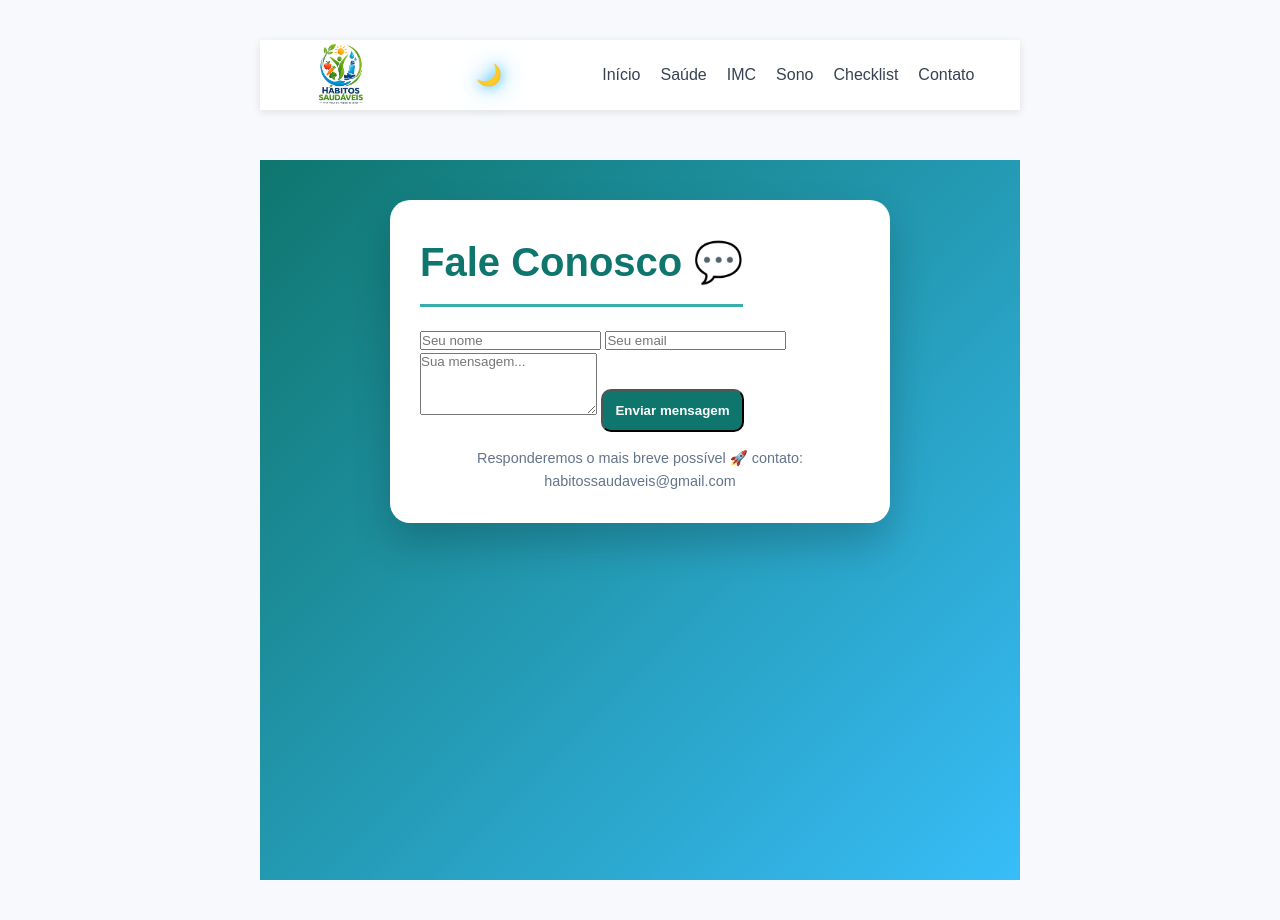
Repository: habitos2026/projetointegrador2026
Page: contato.html
The author's editor kept a copy of each file at every save. The page is drawn from the files as they stood at one save, then again after a run of saves.
The browser window is 1280 px wide. The pictures show the whole page.

Above is the page before, as saved 2026-06-10 23:11:46.

### contato.html
<!DOCTYPE html>
<html lang="pt-br">
<head>
<meta charset="UTF-8">
<meta name="viewport" content="width=device-width, initial-scale=1.0">
<title>Contato</title>

<link rel="stylesheet" href="estilos.css">

<style>

    :root {
            --cor-mente: #6a89cc;    /* Azul sereno */
            --cor-fisico: #38ada9;   /* Verde energia */
            --cor-agua: #4a69bd;     /* Azul hidratação */
            --cor-fundo: #f7f9fc;
        }

        /* Animação de Entrada */
        @keyframes fadeInUp {
            from {
                opacity: 0;
                transform: translateY(20px);
            }
            to {
                opacity: 1;
                transform: translateY(0);
            }
        }

        body {
            font-family: 'Segoe UI', Roboto, sans-serif;
            line-height: 1.6;
            background-color: var(--cor-fundo);
            color: #2f3542;
            max-width: 800px;
            margin: 0 auto;
            padding: 40px 20px;
        }

        header {
            text-align: center;
            margin-bottom: 50px;
            animation: fadeInUp 0.8s ease-out;
        }

        h1 {
            color: var(--cor-mente);
            font-size: 2.5rem;
            border-bottom: 3px solid var(--cor-fisico);
            display: inline-block;
            padding-bottom: 10px;
        }

        section {
            background: white;
            padding: 30px;
            border-radius: 15px;
            box-shadow: 0 10px 25px rgba(0,0,0,0.05);
            animation: fadeInUp 1s ease-out;
        }

        h2 {
            color: var(--cor-fisico);
            margin-top: 30px;
            display: flex;
            align-items: center;
            gap: 10px;
        }

/* ÁREA SÓ DO CONTATO */
.contato-page {
    background: linear-gradient(135deg, #0f766e, #38bdf8);
    min-height: 100vh;
    padding: 40px 10px;
}

/* CARD */
.contato-box {
    max-width: 500px;
    margin: auto;
    background: white;
    padding: 30px;
    border-radius: 20px;
    box-shadow: 0 20px 40px rgba(0,0,0,0.2);
    animation: subir 0.6s ease;
}

/* ANIMAÇÃO */
@keyframes subir {
    from {
        opacity: 0;
        transform: translateY(40px);
    }
    to {
        opacity: 1;
        transform: translateY(0);
    }
}

.contato-box h1 {
    text-align: center;
    color: #0f766e;
    margin-bottom: 20px;
}

/* FORM */
.contato-form {
    display: flex;
    flex-direction: column;
    gap: 15px;
}

.contato-form input,
.contato-form textarea {
    padding: 12px;
    border-radius: 10px;
    border: 1px solid #cbd5e1;
    outline: none;
    transition: 0.3s;
    font-size: 1rem;
}

.contato-form input:focus,
.contato-form textarea:focus {
    border-color: #0f766e;
    box-shadow: 0 0 8px rgba(15,118,110,0.3);
}

/* BOTÃO */
.contato-form button {
    padding: 12px;
    border: none;
    border-radius: 10px;
    background: #0f766e;
    color: white;
    font-weight: bold;
    cursor: pointer;
    transition: 0.3s;
}

.contato-form button:hover {
    background: #115e59;
    transform: scale(1.03);
    cursor: pointer;
}

.contato-box button{
    padding: 12px;
    margin:
    border: none;
    border-radius: 10px;
    background: #0f766e;
    color: white;
    font-weight: bold;
    cursor: pointer;
    transition: 0.3s;
}

/* TEXTO */
.info {
    text-align: center;
    margin-top: 15px;
    color: #64748b;
    font-size: 0.9rem;
}

</style>

</head>

<body>

<div id="menu"></div>

<div class="contato-page">

    <div class="contato-box">
        <h1>Fale Conosco 💬</h1>

        <form class= method="post">
            <input type="text" placeholder="Seu nome" required>
            <input type="email" placeholder="Seu email" required>
            <textarea rows="4" placeholder="Sua mensagem..." required></textarea>
            <button type="submit">Enviar mensagem</button>
        </form>

        <div class="info">
            Responderemos o mais breve possível 🚀  contato: habitossaudaveis@gmail.com
        </div>
    </div>

</div>

<script src="trabalho.js"></script>

</body>
</html>

### estilos.css
:root{
    --cinza245: rgb(245,245,245);
    --cinza220: rgb(220,220,220);
    --cinza128: rgb(128,128,128);
    --azul: rgb(0,80,120);
    --amarelo: yellow;
}

/* RESET */
*{
    margin:0;
    padding:0;
    box-sizing:border-box;
    font-family:Arial, sans-serif;
}

body{
    background:#f5f7fb;
    color:#1f2937;
}

/* HEADER */
header{
    background:white;
    height:70px;

    display:flex;
    align-items:center;
    justify-content:space-between;

    padding:0 6%;

    box-shadow:0 2px 8px rgba(0,0,0,0.1);
}

/* LOGO */
.logo{
    height:100%;
    width:auto;
}

/* MENU */
.menu{
    display:flex;
    align-items:center;
    gap:20px;
}

.menu a{
    text-decoration:none;
    color:#374151;
    transition: 0.5s;

}

.menu a:hover{
    color:#0f766e;
    text-shadow: 0 0 6px #01b3a4;
}

/* TOPO MENU MOBILE */
.topoMenu{
    display:none;
}

/* BOTÃO MENU */
.botaoMenu{
    border:none;
    background:transparent;

    display:none;
    flex-direction:column;

    gap:6px;

    cursor:pointer;
    transition:0.5s;
}

.botaoMenu div{
    width:28px;
    height:3px;

    background:black;
    transition:0.5s;
}

/* MAIN */
main{
    max-width:800px;

    margin:40px auto;

    background:white;

    padding:30px;

    border-radius:10px;
}

/* TEXTOS */
h1{
    color:#0f766e;
    margin-bottom:10px;
}

p{
    margin-bottom:15px;
}

/* BANNER */
.bannerIndexInicio{
    width:100%;
    height:300px;
    overflow:hidden;
}

.bannerIndexInicio img{
    width:100%;
    height:100%;

    object-fit:cover;
    display:block;
}

.bannerIndex{
    height:100%;

    display:flex;
    justify-content:center;

    overflow:hidden;

    aspect-ratio:16/9;
}

.bannerIndex img{
    width:70%;
    height:80%;

    object-fit:cover;
}

/* BOX ÁGUA */
.agua-box{
    background:#ecfeff;

    padding:20px;

    border-radius:15px;

    margin-bottom:20px;
}

.agua-box h2{
    color:#0f766e;
    margin-bottom:10px;
}

.agua-box input{
    width:100%;

    padding:10px;

    margin-bottom:10px;

    border-radius:8px;

    border:1px solid #ccc;
}

.agua-box button{
    width:100%;

    padding:12px;

    background:#0f766e;

    color:white;

    border:none;

    border-radius:8px;

    cursor:pointer;

    transition:0.5s;
}

.agua-box button:hover{
    background:#115e59;

    transform:scale(1.01);

    box-shadow:
    0 0 10px rgb(1, 255, 234),
    0 0 15px rgb(0, 173, 253);
}

#resultadoAgua{
    margin-top:10px;
    font-weight:bold;
}

/* LISTAS */
.listas{
    width:65%;

    display:grid;

    grid-template-columns:repeat(2, 1fr);

    gap:1rem;
}

/* IMAGENS SAÚDE */
.Saude .Imagem img{

    width:35%;

    height:auto;

    object-fit:cover;

    border-radius:15px;

    transition:0.4s;
}

.Saude .Imagem img:hover{

    transform:scale(1.05);

    box-shadow:
    0 0 10px cyan,
    0 0 20px cyan,
    0 0 40px cyan;
}

.imc-box{
    background:#0f766e;

    padding:20px;

    border-radius:20px;

    margin-top:3rem;


}

.imc-box input{
    width:100%;

    padding:10px;

    margin-bottom:10px;

    border-radius:8px;

    border:1px solid #ccc;
}

.imc-box button{
    width:100%;

    padding:12px;

    background: white;

    border: none;

    border-radius:8px;

    cursor:pointer;

    transition:0.5s;
}

.imc-box button:hover{
    background:#f0f0f0;

    transform:scale(1.002);

    box-shadow:
    0 0 6px rgb(1, 255, 234),
    0 0 8px rgb(0, 173, 253),
    0 0 15px  rgba(18, 165, 153);
}

#resultado{
    margin-top:20px;

    font-weight:bold;

    display: flex;

    flex-direction: column;

    align-items: center;

    gap: 10px;

}

#botaoFecharMenu{
    border:none;

    background:transparent;

    box-shadow: none;

    font-size:20px;

    cursor:pointer;

    transition: 0.5s;

    border-radius: 100px;

}


#botaoFecharMenu:hover{
    color: red;
    text-shadow:  0 0 11px rgb(255, 0, 0);
}

#botaoFecharMenu:active{
  animation: clickEffect 0.2s ease;
}


/* ===== BOTÃO TEMA ===== */

/* Tema CLARO ativo — botão mostra 🌙 — neon azul */
#btnTema {
    background: transparent;
    border: none;
    border-radius: 50%;
    width: 38px;
    height: 38px;
    font-size: 1.3rem;
    cursor: pointer;
    transition: all 0.3s;
    filter: drop-shadow(0 0 6px #38bdf8) drop-shadow(0 0 12px #7dd3fc);
}

#btnTema:hover {
    transform: scale(1.12) rotate(10deg);
    filter: drop-shadow(0 0 10px #38bdf8) drop-shadow(0 0 20px #7dd3fc);
}

/* Tema ESCURO ativo — botão mostra ☀️ — neon amarelo */
body.dark #btnTema {
    border: none;
    box-shadow: none;
    filter: drop-shadow(0 0 6px #f59e0b) drop-shadow(0 0 12px #fbbf24);
}

body.dark #btnTema:hover {
    transform: scale(1.2) rotate(50deg);
    filter: drop-shadow(0 0 10px #f59e0b) drop-shadow(0 0 20px #fbbf24);
}

/* ===== DARK MODE ===== */
body.dark {
    background: #0a0f1e;
    color: #e2e8f0;
}

body.dark header {
    background: #0d1b2a;
    box-shadow: 0 2px 8px rgba(0,0,0,0.5);
}

body.dark .menu {
    background: #0d1b2a;
}

body.dark .menu a {
    color: #94a3b8;
    border-bottom-color: #1e3a5f;
}

body.dark .menu a:hover {
    color: #7dd3fc;
    text-shadow: 0 0 6px #7dd3fc88;
}

body.dark main,
body.dark section {
    background: #0d1b2a;
    box-shadow: 0 4px 20px rgba(0,0,0,0.3);
}

body.dark .logo {
    filter: brightness(0.9) drop-shadow(0 0 6px rgba(56, 189, 248, 0.4));
    border-radius: 50%;
    background: transparent;
    mix-blend-mode: screen;
}

body.dark h1 {
    color: #38bdf8;
    text-shadow: 0 0 8px #38bdf855;
}

body.dark h2 {
    color: #7dd3fc;
    text-shadow: none;
}

body.dark .agua-box {
    background: #0d2137;
    border: 1px solid #1e3a5f;
}

body.dark .agua-box input,
body.dark .imc-box input,
body.dark .contato-form input,
body.dark .contato-form textarea {
    background: #0a0f1e;
    color: #e2e8f0;
    border-color: #1e3a5f;
}

body.dark .habit-item {
    background: #0d1b2a;
    color: #e2e8f0;
}

body.dark .barra {
    background: #1e293b;
}

body.dark .barra span {
    background: #38bdf8;
}

body.dark li {
    background: #0d1b2a;
    border-left-color: #38bdf8;
    color: #e2e8f0;
}

body.dark li:hover {
    background: #0d2137;
}

body.dark .contato-box {
    background: #0d1b2a;
}

body.dark .contato-form input,
body.dark .contato-form textarea {
    background: #0a0f1e;
    color: #e2e8f0;
    border-color: #1e3a5f;
}

body.dark footer {
    color: #475569;
}

@keyframes clickEffect {
  0% {
    transform: scale(1);
    text-shadow: 0 0 10px red;
  }
  50% {
    transform: scale(0.95);
    text-shadow: 0 0 20px red;
  }
  100% {
    transform: scale(1);
    text-shadow: 0 0 10px red;
  }
}

/* ANIMAÇÃO */
@keyframes subir{

    from{
        opacity:0;
        transform:translateY(-20px);
    }

    to{
        opacity:1;
        transform:translateY(0);
    }

}

/* MOBILE */
@media screen and (max-width:950px){

    .botaoMenu{
        display:flex;

        animation:subir 0.5s ease;
    }

    .botaoMenu:hover{
        transform: scale(1.03);
    }
    .botaoMenu:hover div{
        box-shadow: 0 10px 15px rgba(0,0,0,0.4);

    }

    .menu{
        position:fixed;

        top:0;
        right:-100%;

        width:80%;
        height:100vh;

        background:white;

        flex-direction:column;

        align-items:flex-start;

        padding:30px;

        transition: right 0.5s;

        z-index:999;
    }

    .menu a{
        width:100%;

        padding:12px 0;


        border-bottom:1px solid var(--cinza220);

        text-decoration:none;

        color:#374151;

        transition: 0.10s;

}

    .menu a:hover{
    color:#0f766e;
    text-shadow: 0 0 6px #01b3a4;
    border: #01b3a4 1px solid;
    transition: 0.5s;
}

    .topoMenu{
        display:flex;

        width:100%;

        justify-content:space-between;

        align-items:center;

        margin-bottom:30px;
    }

    .topoMenu button{
        border:none;

        background:transparent;

        font-size:20px;

        cursor:pointer;
    }

    main{
        margin:20px;
    }

    .bannerIndex img{
        width:100%;
        height:220px;
    }

    .listas{
        width:100%;

        grid-template-columns:1fr;
    }

    .Saude .Imagem img{
        width:100%;
    }
}

### trabalho.js
// ===== DARK MODE — roda ANTES de tudo =====
if (localStorage.getItem("tema") === "dark") {
    document.body.classList.add("dark");
}

// ===== MENU =====
fetch("menu.html")
.then(res => res.text())
.then(data => {

    document.getElementById("menu").innerHTML = data;

    // Botão tema
    const btnTema = document.getElementById("btnTema");
    btnTema.textContent = document.body.classList.contains("dark") ? "☀️" : "🌙";

    btnTema.addEventListener("click", () => {
        document.body.classList.toggle("dark");
        const temaDark = document.body.classList.contains("dark");
        localStorage.setItem("tema", temaDark ? "dark" : "light");
        btnTema.textContent = temaDark ? "☀️" : "🌙";
    });

    // Botões do menu mobile
    const abrir = document.querySelector(".botaoMenu");
    const fechar = document.querySelector("#botaoFecharMenu");
    const menu = document.querySelector("#menuNav");

    abrir.addEventListener("click", () => {
        menu.style.right = "0";
    });

    fechar.addEventListener("click", () => {
        menu.style.right = "-100%";
    });

});

// ===== RESTO DAS FUNÇÕES =====

function calc() {
    const checks = document.querySelectorAll('.habit-item input');
    let marcados = 0;

    checks.forEach(check => {
        if(check.checked) marcados++;
    });

    let porcentagem = (marcados / checks.length) * 100;

    document.getElementById("pct").innerText = Math.round (porcentagem) + "%";
    document.getElementById("bar").style.width = porcentagem + "%";

    const msg = document.getElementById("msg");
    const imgGif = document.getElementById("imgGif");

    if (porcentagem === 100) {

    msg.innerText = "Parabéns! Você completou todos os hábitos 🎉";

    lancarConfetes();

} else {

    msg.innerText = "";
    imgGif.innerHTML = "";

}
}

const data = document.getElementById("data");
if (data) {
    data.addEventListener("click", () => {
        data.showPicker();
    });
}

function calcularAgua() {
    const peso = parseFloat(document.getElementById("peso").value);
    const idade = parseInt(document.getElementById("idade").value);

    if (isNaN(peso) || peso <= 0 || isNaN(idade) || idade <= 0) {
        document.getElementById("resultadoAgua").innerText = "Por favor, preencha peso e idade corretamente.";
        return;
    }

    let mlPorKg;

    if (idade <= 17) mlPorKg = 40;
    else if (idade <= 55) mlPorKg = 35;
    else if (idade <= 65) mlPorKg = 30;
    else mlPorKg = 25;

    const totalMl = peso * mlPorKg;
    const totalLitros = (totalMl / 1000).toFixed(1);

    document.getElementById("resultadoAgua").innerText =
        `Você deve beber aproximadamente ${totalLitros}L de água por dia.`;
}

function lancarConfetes() {

    // Evita lançar várias vezes
    if (document.getElementById("confetes")) return;

    const canvas = document.createElement("canvas");
    canvas.id = "confetes";

    // Cobre a tela toda
    canvas.style.cssText = `
        position: fixed;
        top: 0;
        left: 0;
        width: 100%;
        height: 100%;
        pointer-events: none;
        z-index: 9999;
    `;

    document.body.appendChild(canvas);

    const ctx = canvas.getContext("2d");
    canvas.width = window.innerWidth;
    canvas.height = window.innerHeight;

    // Cores dos confetes
    const cores = [
        "#f59e0b", "#38bdf8", "#34d399",
        "#f472b6", "#a78bfa", "#fb923c"
    ];

    // Cria 150 confetes
    const confetes = Array.from({ length: 150 }, () => ({
        x: Math.random() * canvas.width,
        y: Math.random() * -canvas.height,
        w: Math.random() * 10 + 6,
        h: Math.random() * 5 + 3,
        cor: cores[Math.floor(Math.random() * cores.length)],
        velocidade: Math.random() * 4 + 2,
        angulo: Math.random() * 360,
        rotacao: Math.random() * 6 - 3,
        oscilacao: Math.random() * 2 - 1
    }));

    let frame;
    let tempo = 0;

    function animar() {
        ctx.clearRect(0, 0, canvas.width, canvas.height);
        tempo++;

        confetes.forEach(c => {
            c.y += c.velocidade;
            c.x += c.oscilacao;
            c.angulo += c.rotacao;

            ctx.save();
            ctx.translate(c.x, c.y);
            ctx.rotate((c.angulo * Math.PI) / 180);
            ctx.fillStyle = c.cor;
            ctx.fillRect(-c.w / 2, -c.h / 2, c.w, c.h);
            ctx.restore();
        });

        // Para após 4 segundos
        if (tempo < 240) {
            frame = requestAnimationFrame(animar);
        } else {
            cancelAnimationFrame(frame);
            canvas.remove();
        }
    }

    animar();
}

### menu.html
<header>

    <img class="logo" src="pasta-de-imagens/Logo.png" alt="Logo">

    <button id="btnTema" title="Alternar tema">🌙</button>

    <button class="botaoMenu">

        <div></div>
        <div></div>
        <div></div>

    </button>

    <nav id="menuNav" class="menu">

        <div class="topoMenu">

            <h3>Menu</h3>
            <button id="botaoFecharMenu">X</button>
            <button id="abrirMenu" class="botaoMenu"></button>

        </div>

        <a href="index.html">Início</a>
        <a href="saude.html">Saúde</a>
        <a href="imc.html">IMC</a>
        <a href="sono.html">Sono</a>
        <a href="checklist.html">Checklist</a>
        <a href="contato.html">Contato</a>

    </nav>

</header>

After the next 3 saves:
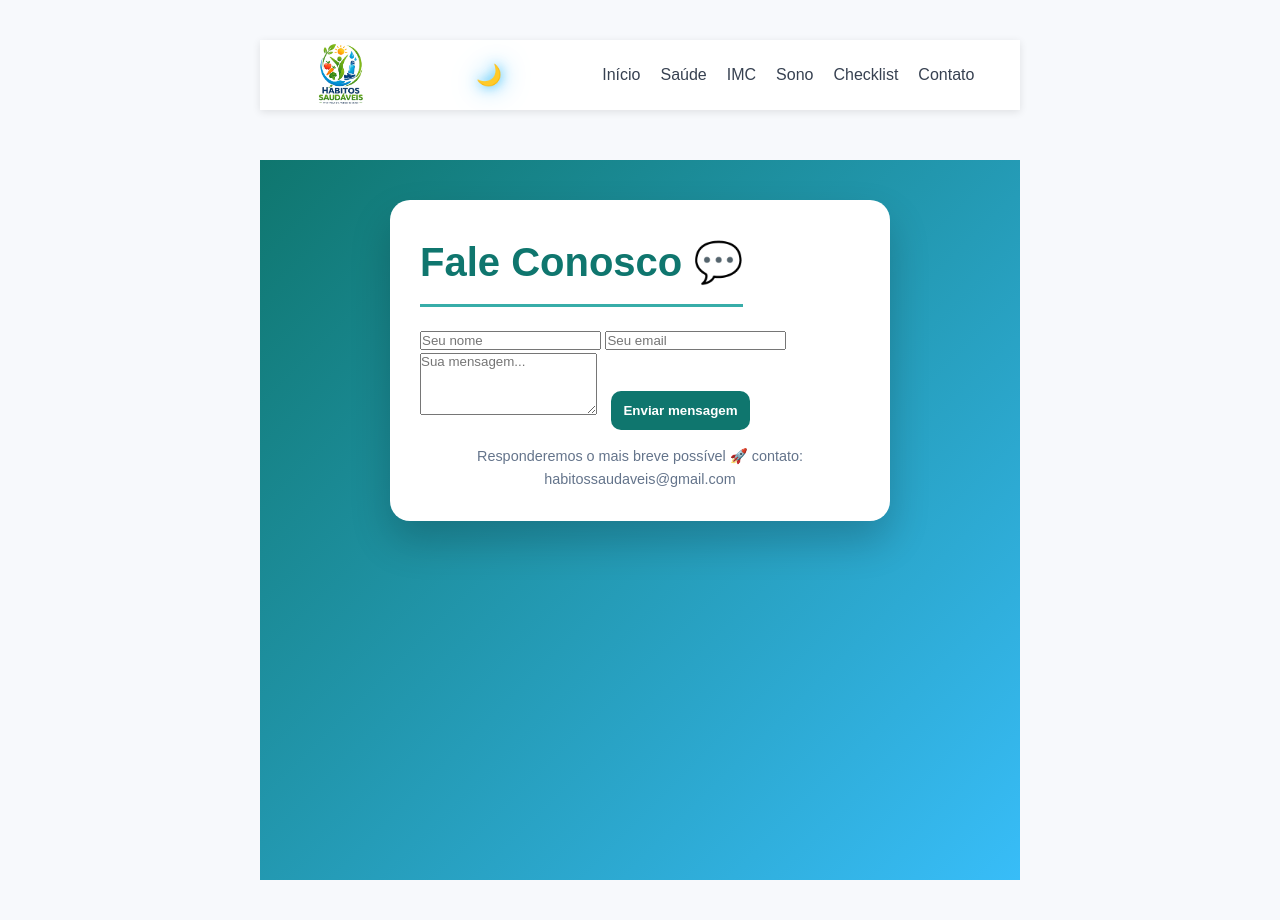
The 3 saves are shown as one change because they came seconds apart.
The last was saved 8 s later.
--- a/contato.html
+++ b/contato.html
@@ -147,7 +147,7 @@
 
 .contato-box button{
     padding: 12px;
-    margin:
+    margin-left: 10px;
     border: none;
     border-radius: 10px;
     background: #0f766e;
